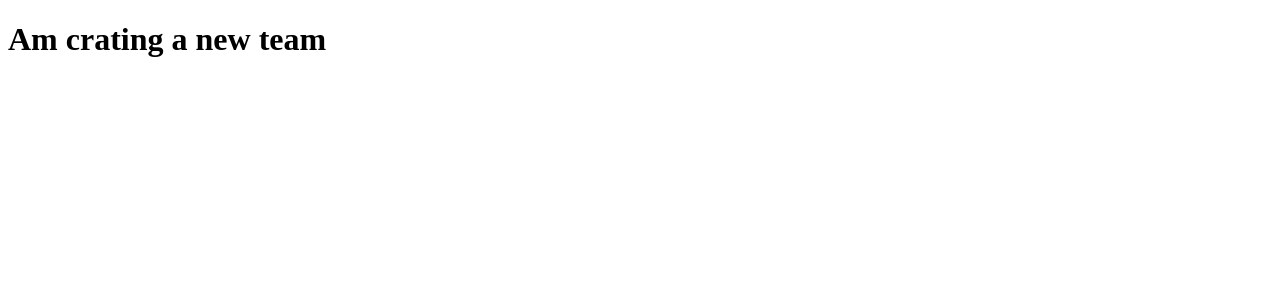
Repository: ohis/JAVAOnTheWeb
Page: http://localhost/TeamRoster/Team
The author's editor kept a copy of each file at every save. The page is drawn from the files as they stood at one save, then again after the next save.
The browser window is 1280 px wide. The pictures show the whole page.
The page is served by Tomcat 9.

Above is the page before, as saved 2017-12-04 02:45:05.

After the next save:
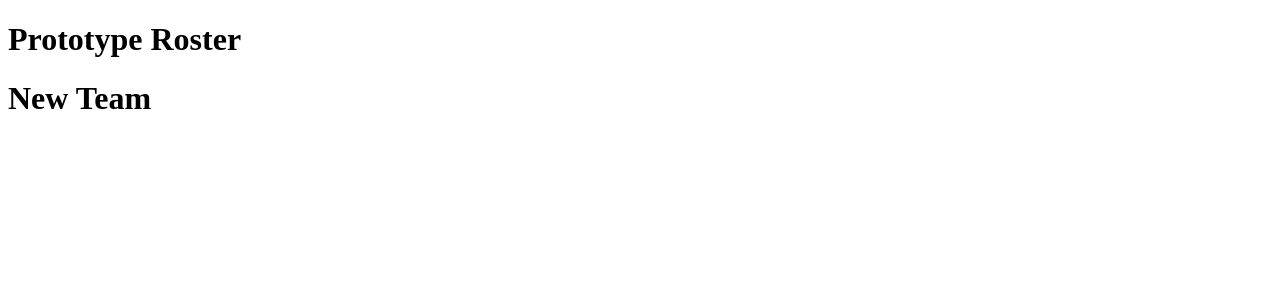
Saved 5 min 56 s later.
--- a/servlets/TeamRoster/WebContent/WEB-INF/views/NewTeam.jsp
+++ b/servlets/TeamRoster/WebContent/WEB-INF/views/NewTeam.jsp
@@ -7,7 +7,7 @@
 <title>Create new Team</title>
 </head>
 <body>
-  <h1>Am crating a new team</h1>
+  <h1>Prototype Roster</h1>  <h1><a>New Team</a></h1>
 
 </body>
 </html>
